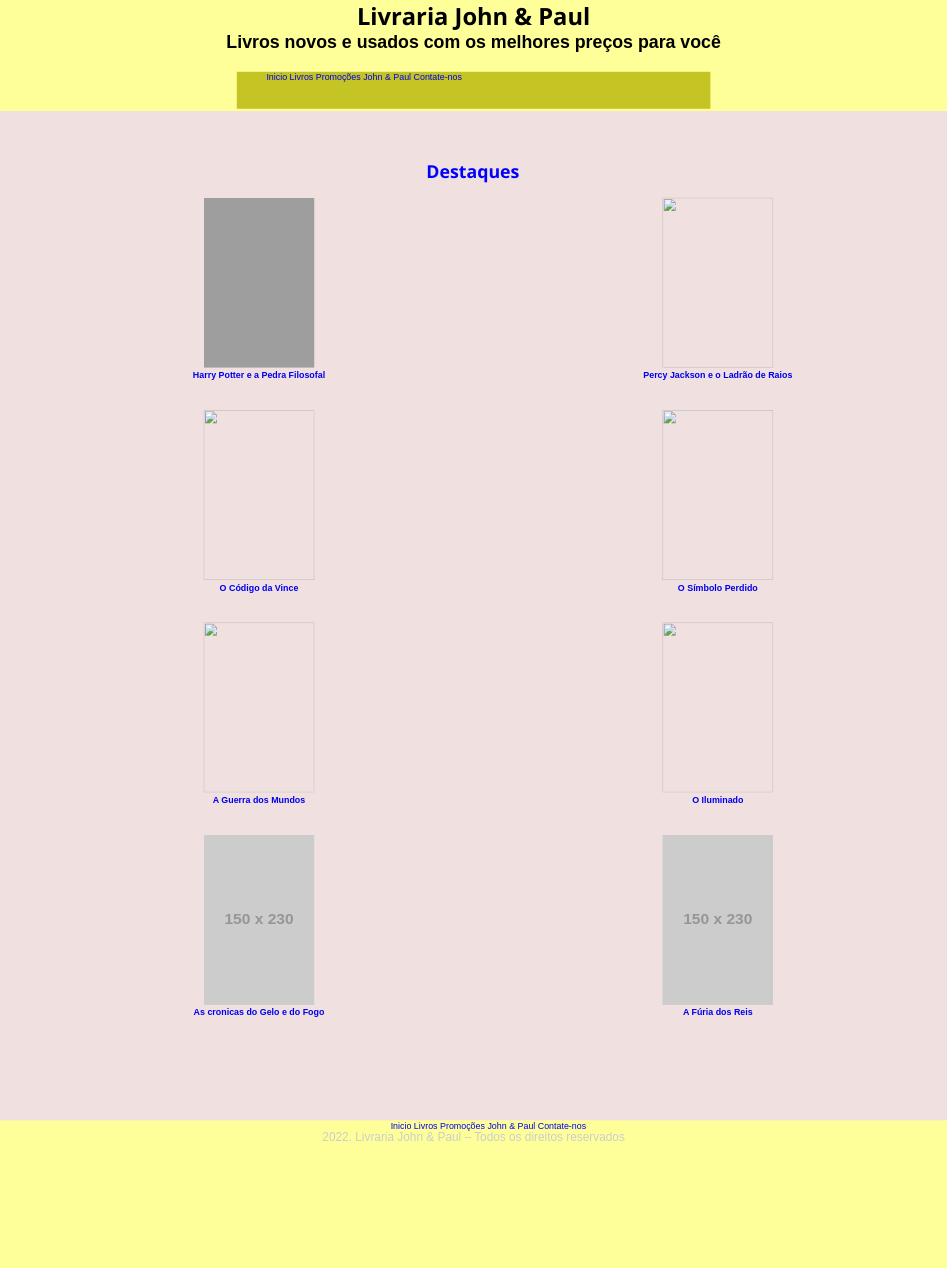
Repository: MarcoantonioCaldeira/Site-livraria-John-e-Paul
Page: index.html
An editor plug-in stored every save of this project. The page is shown before and after the next save, followed by the edit.
The browser window is 1280 px wide. The pictures show the whole page, at 74% of full size.
Pictures or frames that could not be fetched are drawn as grey boxes.

Above is the page before, as saved 2022-09-24 17:21:50.

### index.html
<!doctype html>
<html dir="ltr" lang="pt-BR">
<head>
   <meta charset="utf-8">
   <meta name="viewport" content="width=device-width, initial-scale=1.0">

   <title>Meu Primeiro Projeto</title>
   <link rel="stylesheet" href="css/estilo.css">
</head>
<body>
<header id="topo">
   <h1 class="center"> Livraria John & Paul</h1>
   <h2 class="center">Livros novos e usados com os melhores preços para você</h2>
   <nav id="menu">
      <ul>
         <li><a href="index.html">Inicio</a></li>
         <li><a href="produtos.html">Livros</a></li>
         <li><a href="#">Promoções</a></li>
         <li><a href="sobre.html">John & Paul</a></li>
         <li><a href="contato.html">Contate-nos</a></li>
      </ul>
   </nav>
</header>
</label>


</nav>
<section class="destaques">
   <h2 style="color:blue" class="h2_destaque"> Destaques </h2>
   <ul>
      <li>
         <img src="images/" width="150" height="230" alt="">
         <a href="#"><strong>Harry Potter e a Pedra Filosofal</strong></a>
      </li>
      <li>
         <img src="" width="150" height="230" alt="">
         <a href="#"><strong>Percy Jackson e o Ladrão de Raios</strong></a>
      </li>
      <li>
         <img src="" width="150" height="230" alt="">
         <a href="#"><strong>O Código da Vince</strong></a>
      </li>
      <li>
         <img src="" width="150" height="230" alt="">
         <a href="#"><strong>O Símbolo Perdido</strong></a>
      </li>
      <li>
         <img src="" width="150" height="230" alt="">
         <a href="#"><strong>A Guerra dos Mundos</strong></a>
      </li>
      <li>
         <img src="" width="150" height="230" alt="">
         <a href="#"><strong>O Iluminado</strong></a>
      </li>
      <li>
         <img src="http://placehold.co/150x230" width="150" height="230" alt="">
         <a href="#"><strong>As cronicas do Gelo e do Fogo</strong></a>
      </li>
      <li>
         <img src="http://placehold.co/150x230" width="150" height="230" alt="">
         <a href="#"><strong>A Fúria dos Reis</strong></a>
      </li>
   </ul>
</section>
<footer id="rodape">
   <ul class="ul_rodape">
      <li><a href="index.html">Inicio</a></li>
      <li><a href="produtos.html">Livros</a></li>
      <li><a href="#">Promoções</a></li>
      <li><a href="sobre.html">John & Paul</a></li>
      <li><a href="contato.html">Contate-nos</a></li>
   </ul>
   <p>2022. Livraria John & Paul – Todos os direitos reservados</p>
</footer>

</body>
</html>

### css/estilo.css
/* Import font from google */
@import url(http://fonts.googleapis.com/css?family=Open+Sans:400,300,700);

*{
   margin: 0;
}


body{
   background-color:  rgb(240, 224, 224);
   font-family: sans-serif;
   margin: 0;
   padding: 0;
}
h1,h3,h4,h5,h6{
   font-family: 'Open Sans', sans-serif;
}

.h2_destaque{
   margin-left: 45%;
   margin-top: 5%;
   font-family: 'Open Sans', sans-serif;
}

#topo{
   background-color: #ffff99;
   width: 100%;
   height:150px;
   margin:0 auto;
}

.destaques{
   background-color: rgb(240, 224, 224);
   width: 100%;
   height:1300px;
}


#menu{
   width:50%;
   margin-top: 2%;
   margin-left: 25%;
   height:50px;
   background-color: #c4c424;
}

a{
   text-decoration: none;
}

#menu li{
   display:inline;
}
.destaques li{
   width: 50%;
   float: left;
   text-align: center;
   list-style: none;
   padding: 20px 0;
}

ul{

   font-family: arial;
   font-size: 12px;
}

.destaques li strong{
   width: 100%;
   display: block;
}
.center{
   text-align: center;
}
table, tr, td{
   border: 1px solid #000;
}
table{
   background-color: #ddd;
}
form fieldset{
   border: none;
}
form legend{
   text-transform: uppercase;
   font-size: 1.2em;
   padding: 0;
   width: 100%;
   border-bottom: 1px solid #555;
}
form label, form input:not([type=checkbox]), form select, form textarea{
   width: 100%;
}
form div{
   width: 48%;
   margin: 0 1%;
   height: 180px;
   float: left;
}
button{
   padding: 10px 20px;
   background-color: blue;
   color: #fff;
   border: none;
   -webkit-border-radius: 5px;
   -moz-border-radius: 5px;
   border-radius: 5px;
}
#rodape{
   width: 100%;
   height: 200px;
   background-color:  #ffff99;
   color: #ccc;
   float: left;
   text-align: center;
}

li {
   display: inline;
}

















@media  screen and (max-width: 750px){


   #main-menu {
      display: none;
    }
    #hamburger-menu {
      display: inline;
    }

   h2.center, h1.center{
      font-size: 19px;
      color: blue;
   }

   h2.h2_destaque{
      margin-left: 40%;
   }

   ul#ul_rodape{
      color: red;
   }

   p{
      color: black;
      margin-top: 20%;
      margin-left: 4%;
   }

}

After the next save:
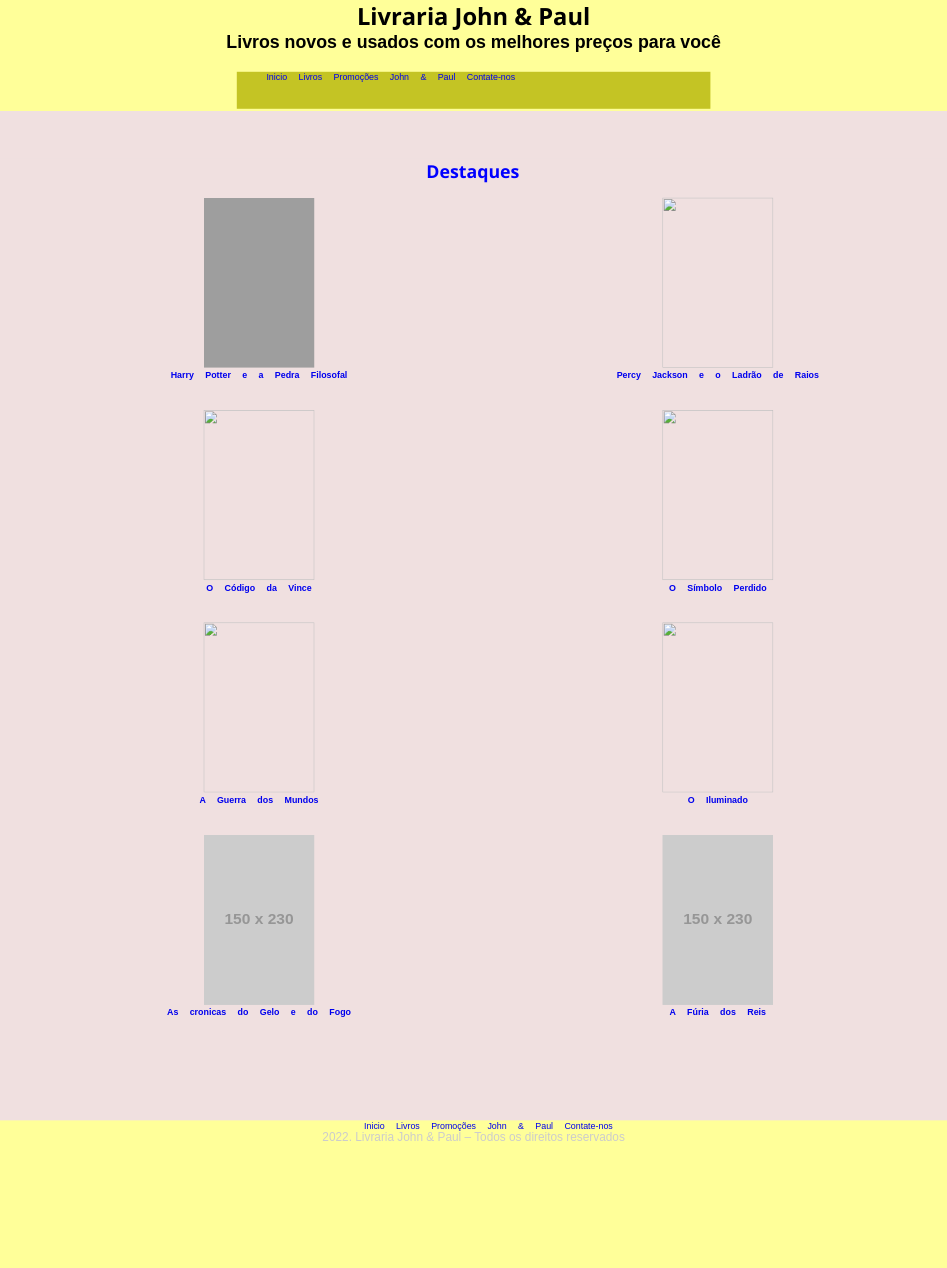
Saved 9 s later.
--- a/css/estilo.css
+++ b/css/estilo.css
@@ -60,7 +60,7 @@ a{
 }
 
 ul{
-
+   word-spacing: 12px;
    font-family: arial;
    font-size: 12px;
 }
